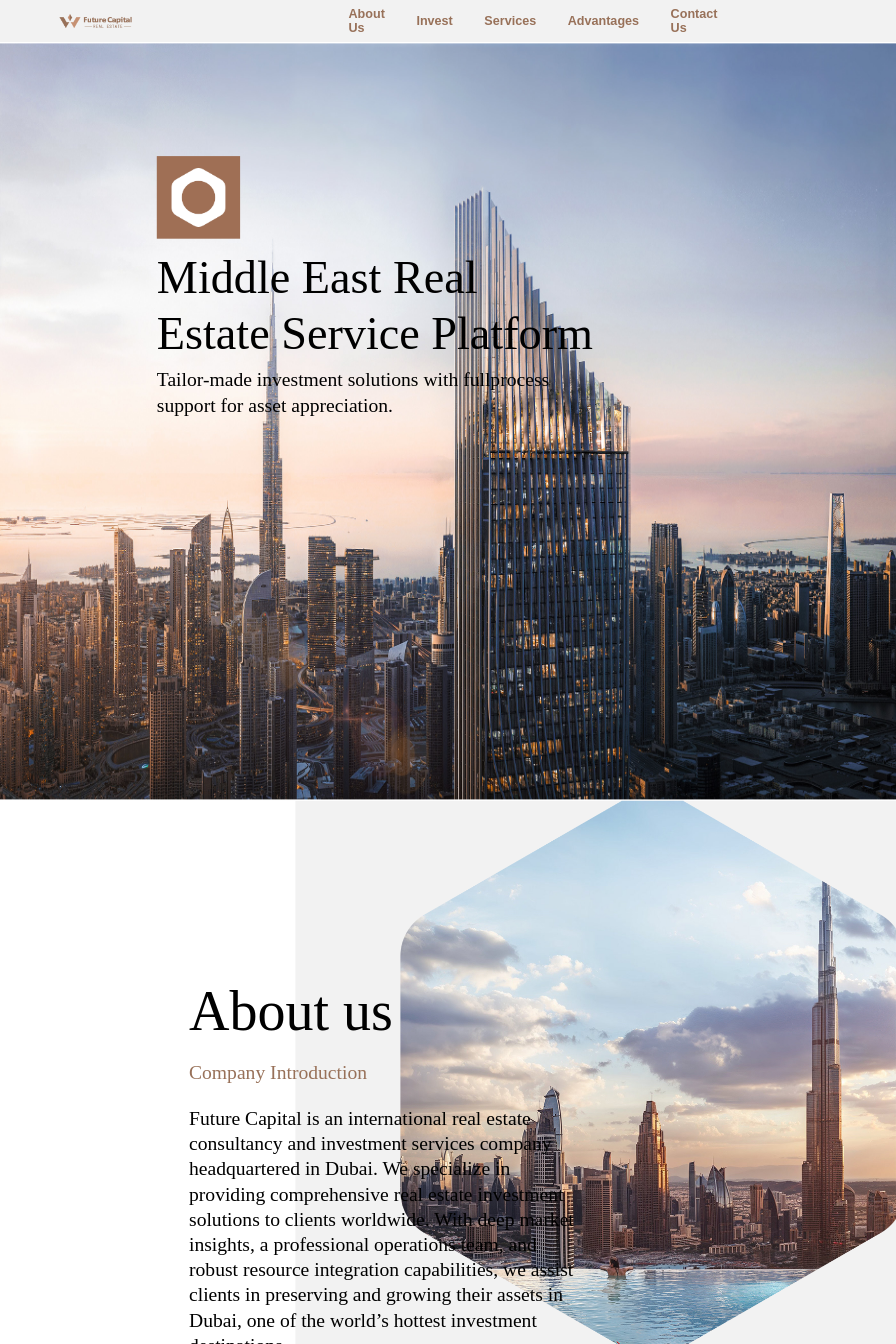
Repository: hcliu987/FutureCapital
Page: /
The author's editor kept a copy of each file at every save. The page is drawn from the files as they stood at one save, then again after the next save.
The browser window is 1280 px wide. The pictures show the part of the page from y = 0 to 1920 px (the page is 8610 px tall), at 70% of full size.
The project was rebuilt for these pictures with package versions that can differ from the ones it lists, and the page was loaded fresh each time. Also part of the build but not shown: vue.config.js.

Above is the page before, as saved 2025-01-18 14:05:33.

After the next save:
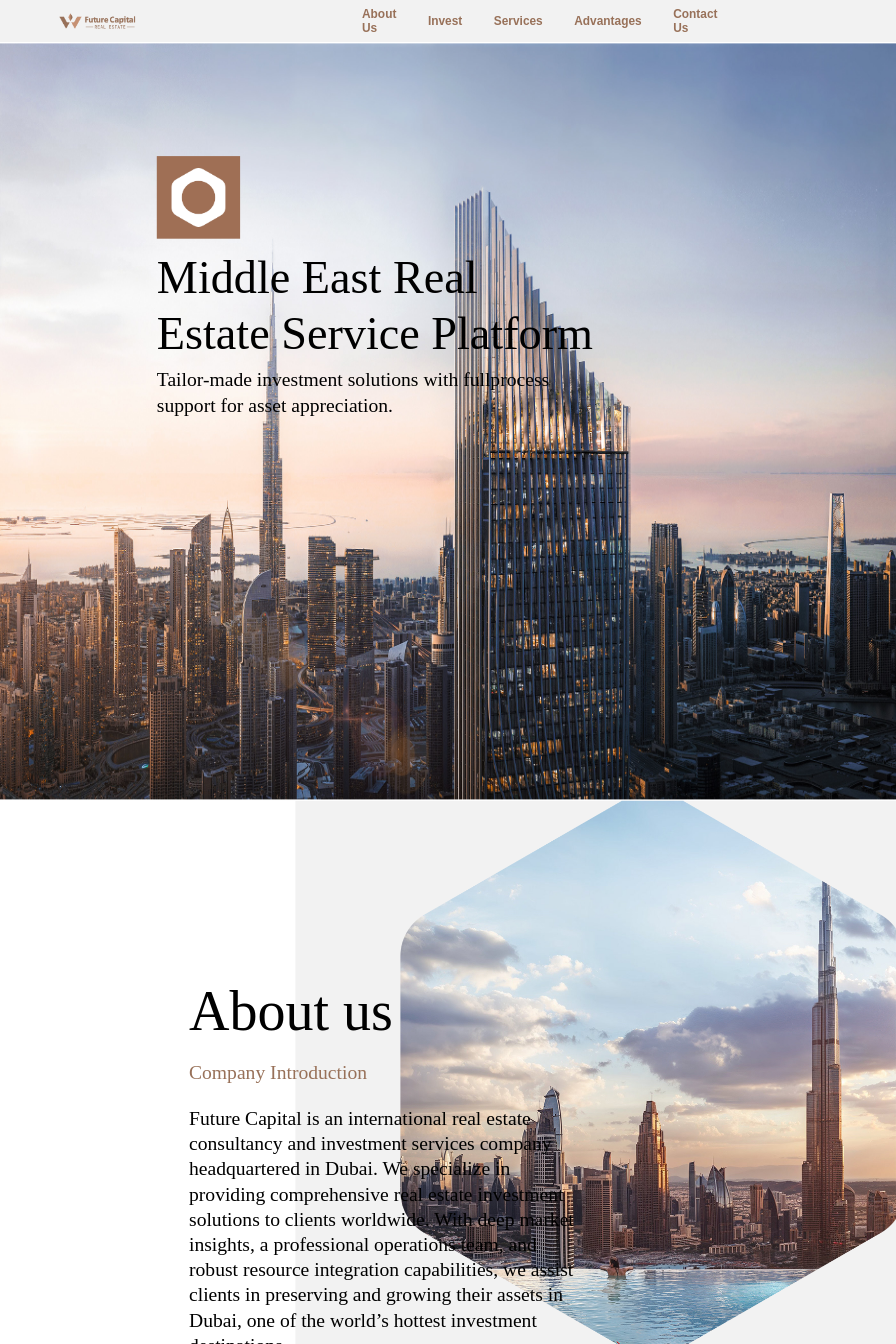
Saved 5 s later.
--- a/src/components/homePage.vue
+++ b/src/components/homePage.vue
@@ -261,7 +261,7 @@
 .nav .right a {
   color: #987159;
   text-decoration: none;
-  font-size: 18px;
+  font-size: 17px;
 }
 .aboutUs {
   width: 100%;
